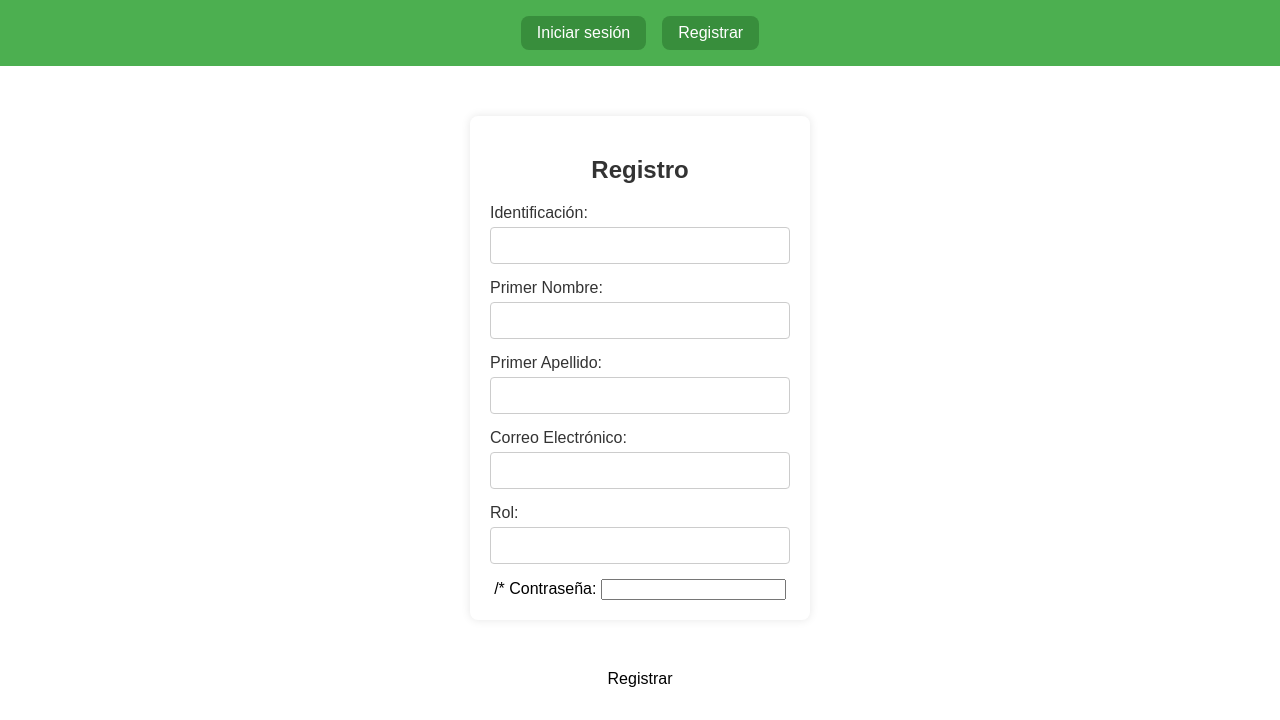
Repository: EzioPuma/guardianesdelecosistema
Page: http://localhost/register
The author's editor kept a record of every edit. The page is drawn from the files as they stood at one moment, then again after the next edit.
The browser window is 1280 px wide. The pictures show the whole page.
The page is served by the project's application, run on Flask 3 (app.py).

Above is the page before.

After the next edit:
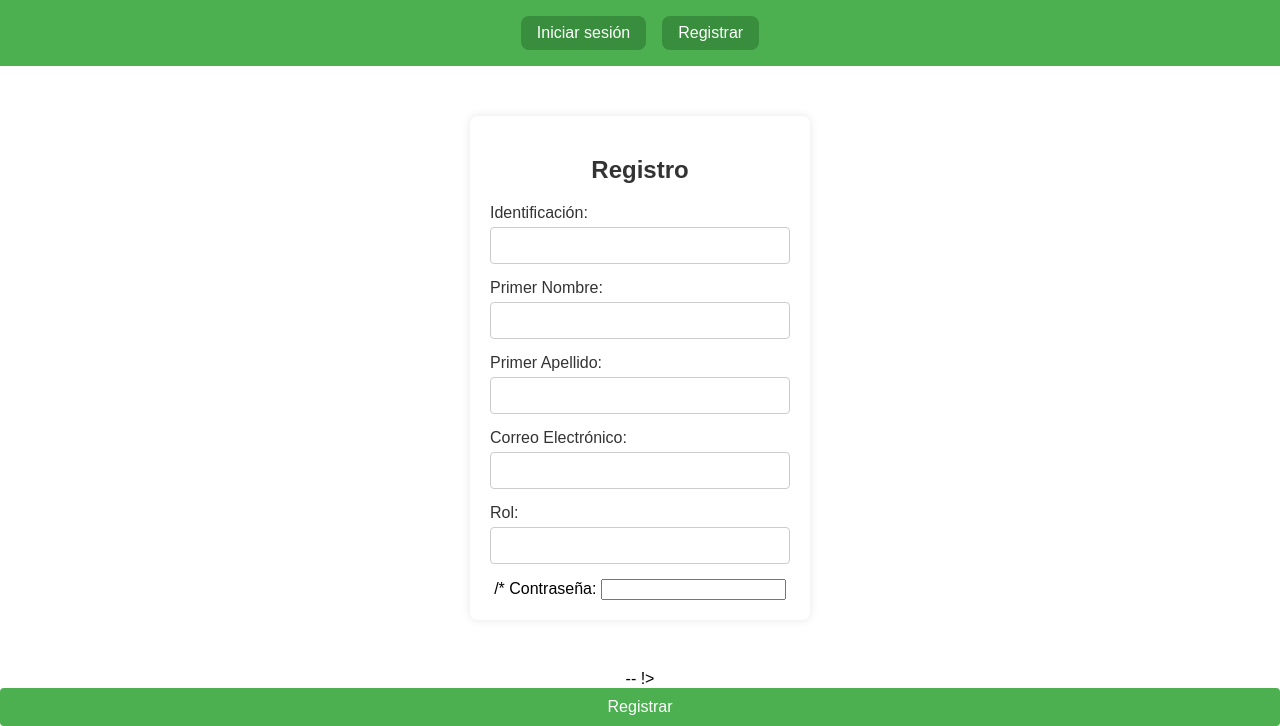
The edit:
--- a/templates/register.html
+++ b/templates/register.html
@@ -52,7 +52,7 @@
            <! -- <div class="input-group">
                 <label for="password">Contraseña:</label>
                 <input type="password" id="password" name="password" required>
-            </div><! --
+            </div>-- !>
             <button type="submit">Registrar</button>
         </form>
     </div>

After the edit that followed:
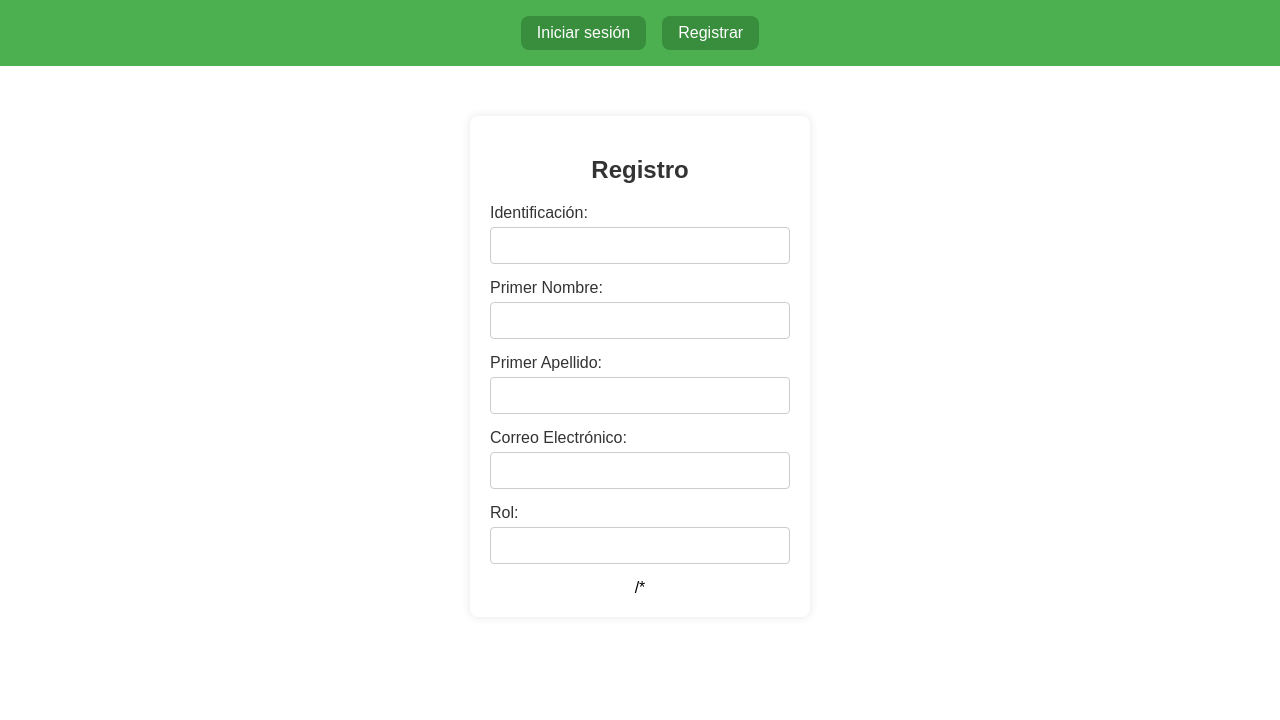
The edit:
--- a/templates/register.html
+++ b/templates/register.html
@@ -49,7 +49,7 @@
                 <input type="text" id="rol" name="rol" required>
             </div>
             /*
-           <! -- <div class="input-group">
+           <!-- <div class="input-group">
                 <label for="password">Contraseña:</label>
                 <input type="password" id="password" name="password" required>
             </div>-- !>
